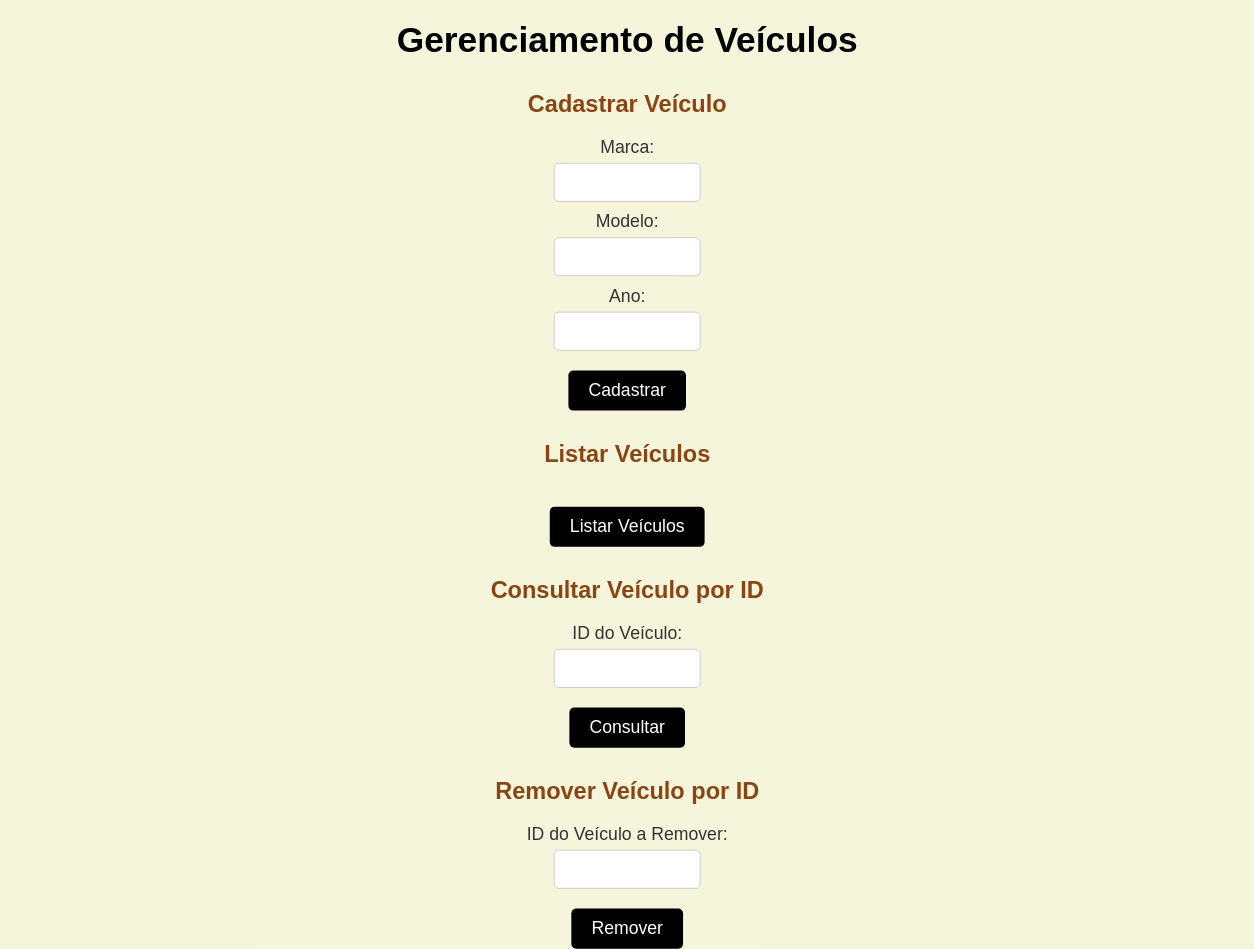
Repository: joaomadeira1208/Exercicio3
Page: veiculos/src/main/resources/index.html
The author's editor kept a copy of each file at every save. The page is drawn from the files as they stood at one save, then again after the next save.
The browser window is 1280 px wide. The pictures show the whole page, at 98% of full size.

Above is the page before, as saved 2023-09-14 22:06:35.

### veiculos/src/main/resources/index.html
<!DOCTYPE html>
<html>
<head>
    <title>Gerenciamento de Veículos</title>
    <style>
       /* Estilo para o corpo da página */
body {
    font-family: Arial, sans-serif;
    background-color: #f5f5dc;
    margin: 0;
    padding: 0;
    text-align: center;
}

/* Estilo para o cabeçalho (h1) */
h1 {
    font-size: 36px;
    color: black;
    margin-top: 20px;
}

/* Estilo para os subtítulos (h2) */
h2 {
    font-size: 24px;
    color: #8B4513;
    margin-top: 30px;
}

/* Estilo para os rótulos dos campos de entrada */
label {
    font-size: 18px;
    color: #333;
    display: block;
    margin-top: 10px;
}

/* Estilo para os campos de entrada de texto */
input[type="text"],
input[type="number"] {
    width: 10%;
    padding: 10px;
    font-size: 16px;
    border: 1px solid #ccc;
    border-radius: 5px;
    margin-top: 5px;
}

/* Estilo para o botão */
input[type="submit"],
button {
    background-color: black;
    color: white;
    font-size: 18px;
    padding: 10px 20px;
    border: none;
    border-radius: 5px;
    cursor: pointer;
    margin-top: 20px;
}

/* Estilo para o botão quando o mouse passa por cima */
input[type="submit"]:hover,
button:hover {
    background-color: green;
}


    </style>
</head>
<body>
    <h1>Gerenciamento de Veículos</h1>

    <!-- Formulário para cadastrar um veículo -->
    <h2>Cadastrar Veículo</h2>
    <form action="/cadastrar-veiculo" method="post">
        <label for="marca">Marca:</label>
        <input type="text" id="marca" name="marca" required><br>

        <label for="modelo">Modelo:</label>
        <input type="text" id="modelo" name="modelo" required><br>

        <label for="ano">Ano:</label>
        <input type="number" id="ano" name="ano" required><br>

        <input type="submit" value="Cadastrar">
    </form>

    <!-- Botão para listar veículos -->
    <h2>Listar Veículos</h2>
    <button onclick="listarVeiculos()">Listar Veículos</button>

    <!-- Formulário para consultar um veículo por ID -->
    <h2>Consultar Veículo por ID</h2>
    <form action="/consultar-veiculo" method="get">
        <label for="id-veiculo">ID do Veículo:</label>
        <input type="number" id="id-veiculo" name="id-veiculo" required><br>

        <input type="submit" value="Consultar">
    </form>

    <!-- Formulário para remover um veículo por ID -->
    <h2>Remover Veículo por ID</h2>
    <form action="/remover-veiculo" method="post">
        <label for="id-veiculo-remover">ID do Veículo a Remover:</label>
        <input type="number" id="id-veiculo-remover" name="id-veiculo-remover" required><br>

        <input type="submit" value="Remover">
    </form>

    <script>
        function listarVeiculos() {
            // Você pode adicionar aqui a lógica para listar veículos na página
        }
    </script>
</body>
</html>

After the next save:
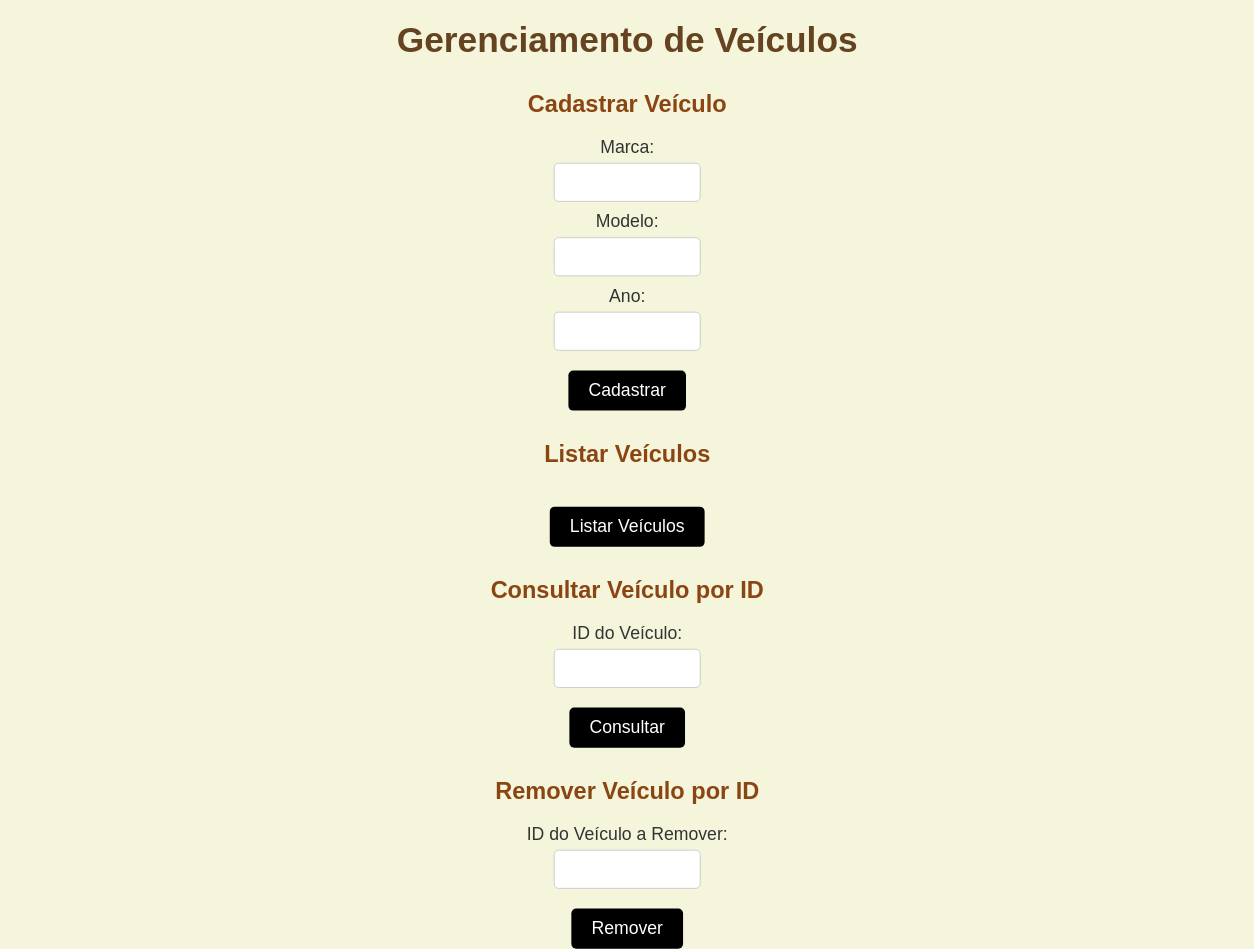
Saved 47 s later.
--- a/veiculos/src/main/resources/index.html
+++ b/veiculos/src/main/resources/index.html
@@ -15,7 +15,7 @@ body {
 /* Estilo para o cabeçalho (h1) */
 h1 {
     font-size: 36px;
-    color: black;
+    color: #654321;
     margin-top: 20px;
 }
 
